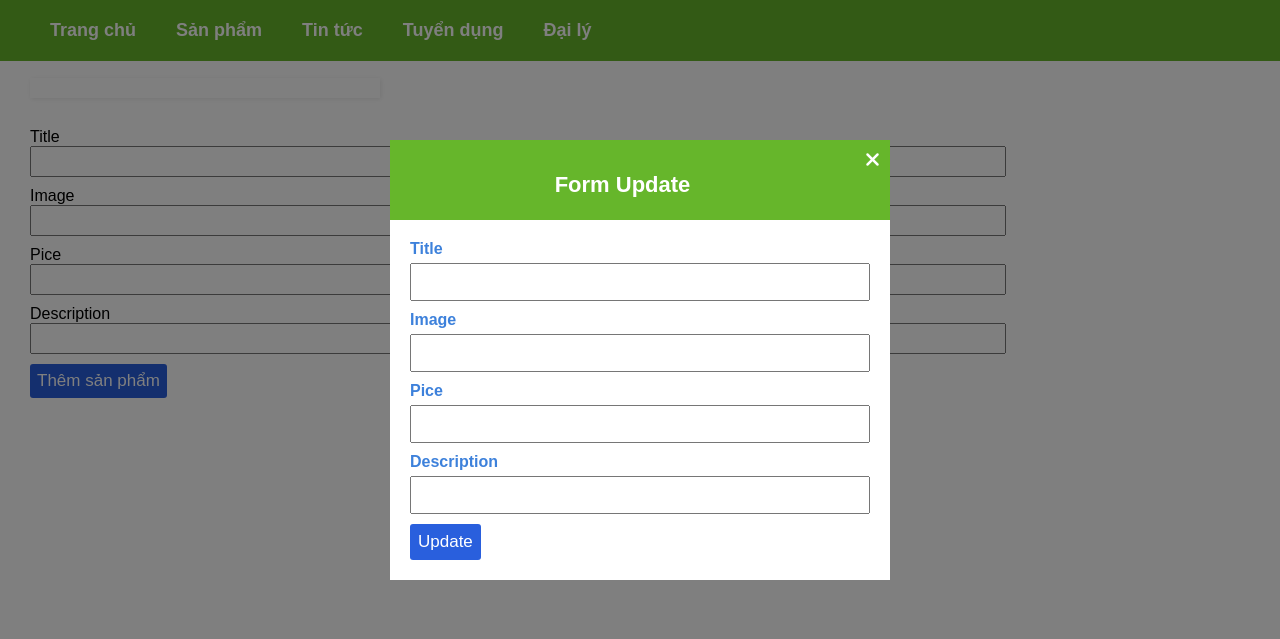
Repository: Ngoc28/CURD_HTML-CSS_JS_JSON
Page: index.html
These files come from the project's save history. The page is drawn as it stood at one moment and after the next save; the edit follows.
The browser window is 1280 px wide. The pictures show the whole page.
The page's requests for data from a server got no answer.

Above is the page before, as saved 2023-04-11 10:01:42.

After the next save:
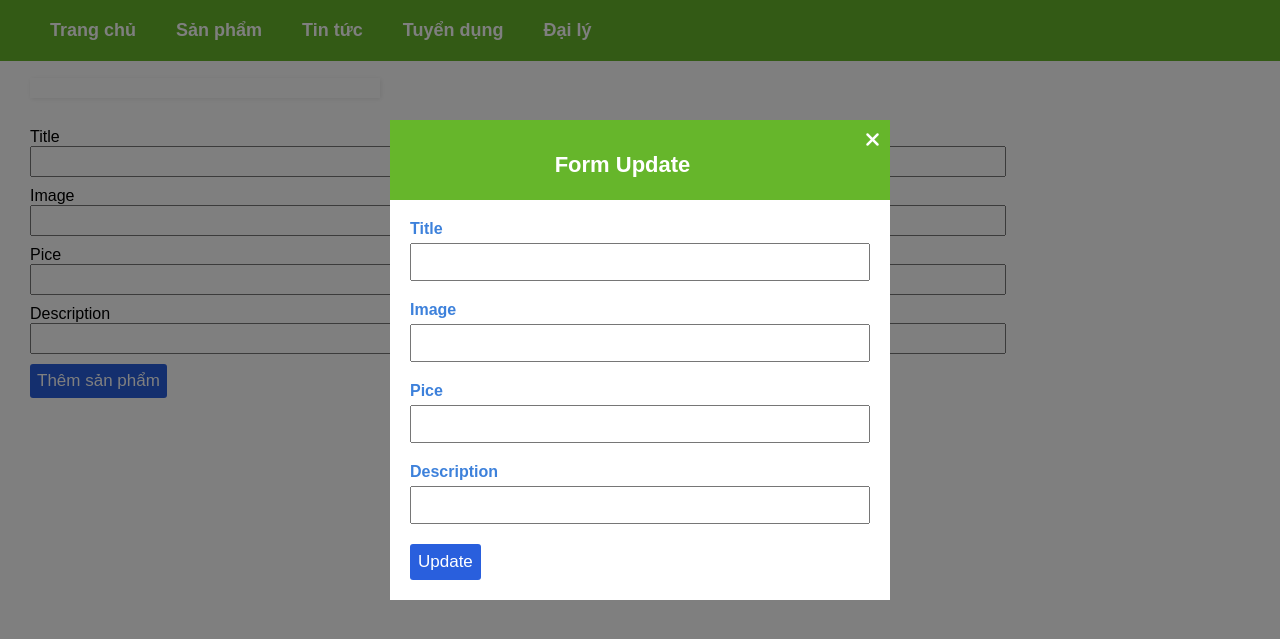
Saved 7 s later.
--- a/asset/css/style.css
+++ b/asset/css/style.css
@@ -217,7 +217,7 @@ body {
 }
 
 .form-2 {
-    margin-bottom: 10px;
+    margin-bottom: 20px;
 }
 
 .form-2 label {
